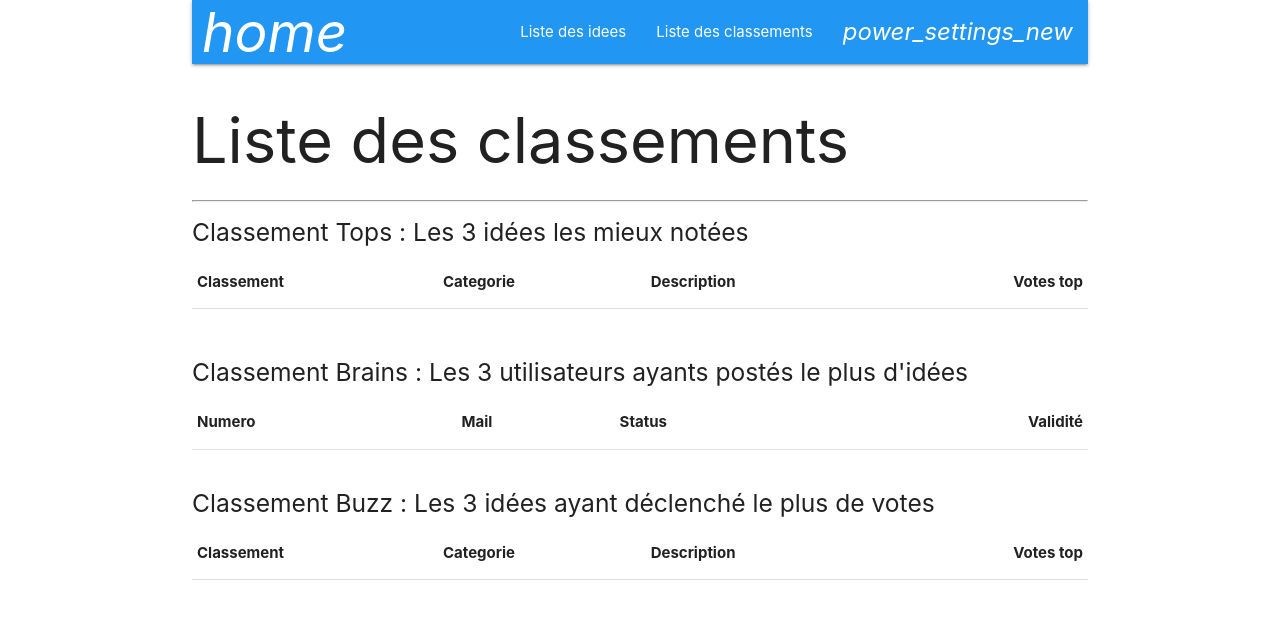
Repository: thdal/Atelier_JEE_16_02
Page: http://localhost/Atelier_JEE_16_02/WEB-INF/pages/classement/ListClassement.jsp
The author's editor kept a copy of each file at every save. The page is drawn from the files as they stood at one save, then again after the next save.
The browser window is 1280 px wide. The pictures show the whole page.
The page is served by Tomcat 9. Nobody is signed in. The template is opened directly, without the code that normally fills it, so the values that code supplies are empty.

Above is the page before, as saved 2021-02-27 14:36:39.

After the next save:
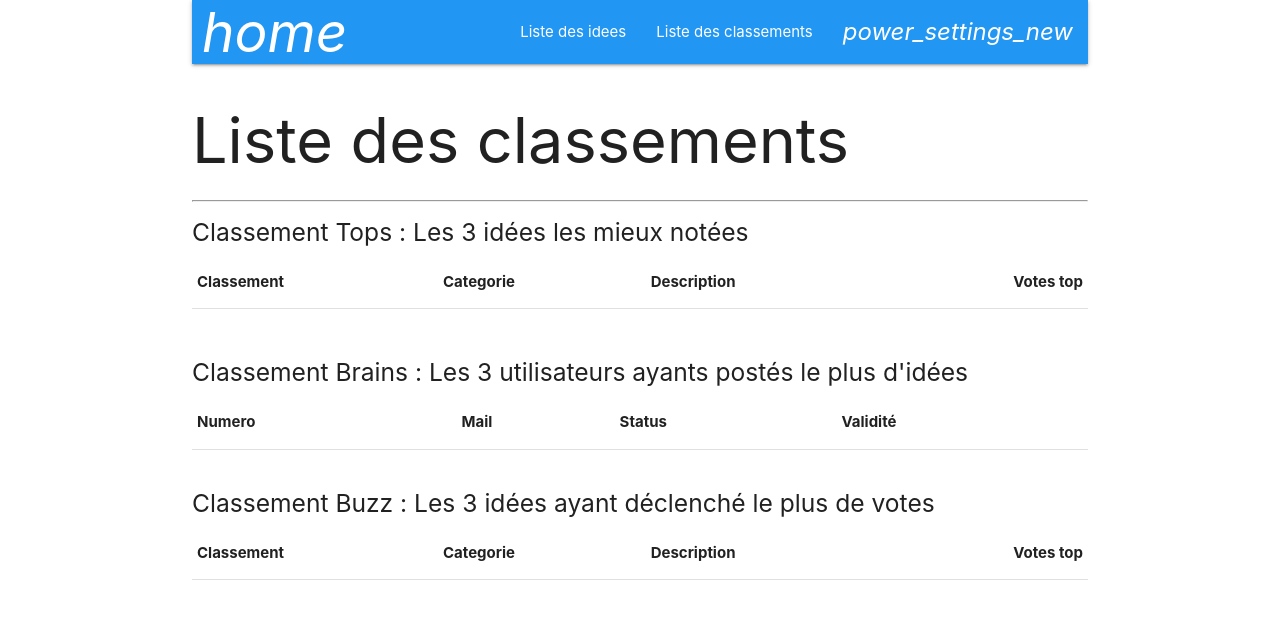
Saved 31 s later.
--- a/Atelier_JEE_16_02/src/main/webapp/WEB-INF/pages/classement/ListClassement.jsp
+++ b/Atelier_JEE_16_02/src/main/webapp/WEB-INF/pages/classement/ListClassement.jsp
@@ -55,7 +55,7 @@
        	   <th>Numero</th>
            <th>Mail</th>
            <th>Status</th>
-           <th style="text-align:right;" >Validité</th>
+           <th>Validité</th>
 
        </tr>
    </thead>
